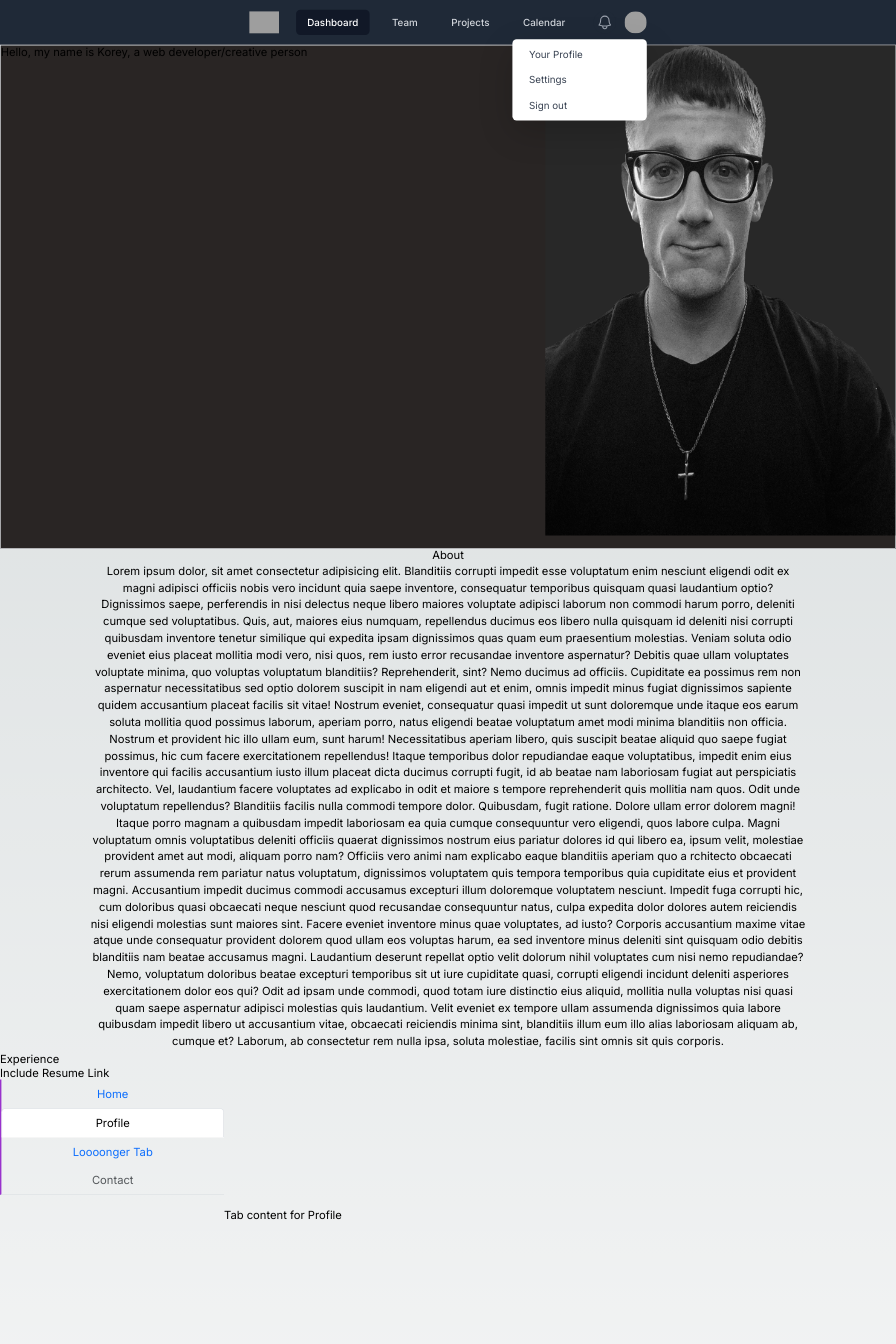
Repository: devkthines/next-portfolio-v2
Page: /
The author's editor kept a copy of each file at every save. The page is drawn from the files as they stood at one save, then again after the next save.
The browser window is 1280 px wide. The pictures show the part of the page from y = 0 to 1920 px (the page is 2944 px tall), at 70% of full size.
Pictures or frames that could not be fetched are drawn as grey boxes. The project was rebuilt for these pictures with package versions that can differ from the ones it lists, and the page was loaded fresh each time. The framework's server and built-in components were replaced by stand-ins that run in the browser. Also part of the build but not shown: next.config.js.

Above is the page before, as saved 2023-09-10 20:55:53.

### src/app/layout.tsx
import 'bootstrap/dist/css/bootstrap.css';
import './globals.css'
import '../../css/style.css'
import type { Metadata } from 'next'
import { Inter } from 'next/font/google'

// Put any other imports below so that CSS from your
// components takes precedence over default styles.
const inter = Inter({ subsets: ['latin'] })

export const metadata: Metadata = {
  title: 'Create Next App',
  description: 'Generated by create next app',
}

export default function RootLayout({
  children,
}: {
  children: React.ReactNode
}) {
  return (
    <html lang="en">
      <body className={inter.className}>{children}</body>
    </html>
  )
}

### src/app/page.tsx
'use client'

import Image from 'next/image'
import Header from './components/header.js'
import uglyMe from '../../images/41AE497E-8D5A-46DE-8679-1C35226F5747.jpg'
import ProjectModal from './components/modal.js'
import Tab from 'react-bootstrap/Tab';
import Tabs from 'react-bootstrap/Tabs';
export default function Home() {
  return (
    <main className="flex flex-col">
      <Header></Header>
      <div className='infoSection bg-stone-800 border border-indigo-600 bg-no-repeat flex flex-row justify-between'>
        <div>
          <h1>Hello, my name is Korey, a web developer/creative person</h1>
        </div>
        <Image id='portrait' src={uglyMe} alt="" className='w-48' />
      </div>
      <div id='about'>

        <div className="aboutSection text-center m-auto">
          <div> <h1>About </h1>
            <p>Lorem ipsum dolor, sit amet consectetur adipisicing elit. Blanditiis corrupti impedit esse voluptatum enim
              nesciunt
              eligendi odit ex magni adipisci officiis nobis vero incidunt quia saepe inventore, consequatur
              temporibus quisquam quasi laudantium optio? Dignissimos saepe, perferendis in nisi delectus neque libero maiores
              voluptate adipisci laborum non commodi harum porro, deleniti cumque sed voluptatibus. Quis,
              aut, maiores eius numquam, repellendus ducimus eos libero nulla quisquam id deleniti nisi corrupti quibusdam
              inventore tenetur similique qui expedita ipsam dignissimos
              quas quam eum praesentium molestias. Veniam soluta odio eveniet eius placeat mollitia modi vero, nisi quos,
              rem iusto error recusandae inventore aspernatur? Debitis quae ullam voluptates voluptate minima, quo voluptas
              voluptatum blanditiis? Reprehenderit, sint? Nemo ducimus ad officiis. Cupiditate ea possimus rem non aspernatur
              necessitatibus sed
              optio dolorem suscipit in nam eligendi aut et enim, omnis impedit
              minus fugiat dignissimos sapiente quidem accusantium placeat facilis
              sit vitae! Nostrum eveniet, consequatur quasi impedit ut sunt doloremque unde itaque eos earum soluta mollitia quod
              possimus laborum, aperiam porro, natus eligendi beatae voluptatum amet modi minima blanditiis non officia. Nostrum et
              provident hic illo ullam eum, sunt harum! Necessitatibus aperiam libero, quis suscipit beatae aliquid quo saepe
              fugiat possimus, hic cum facere exercitationem repellendus! Itaque temporibus dolor repudiandae eaque voluptatibus,
              impedit enim eius inventore qui facilis accusantium iusto illum placeat dicta ducimus corrupti fugit, id ab beatae
              nam laboriosam fugiat aut perspiciatis architecto. Vel, laudantium facere voluptates ad explicabo in odit et maiore
              s tempore reprehenderit quis mollitia nam quos. Odit unde voluptatum repellendus? Blanditiis facilis nulla commodi
              tempore dolor. Quibusdam, fugit ratione. Dolore ullam error dolorem magni! Itaque porro magnam a quibusdam impedit
              laboriosam ea quia cumque consequuntur vero eligendi, quos labore culpa. Magni voluptatum omnis voluptatibus
              deleniti officiis quaerat dignissimos nostrum eius pariatur dolores id qui libero ea, ipsum velit, molestiae
              provident amet aut modi, aliquam porro nam? Officiis vero animi nam explicabo eaque blanditiis aperiam quo a
              rchitecto obcaecati rerum assumenda rem pariatur natus voluptatum, dignissimos voluptatem quis tempora temporibus
              quia cupiditate eius et provident magni. Accusantium impedit ducimus commodi accusamus excepturi illum
              doloremque voluptatem nesciunt. Impedit fuga corrupti hic, cum doloribus quasi obcaecati neque nesciunt
              quod recusandae consequuntur natus, culpa expedita dolor dolores autem reiciendis nisi eligendi molestias
              sunt maiores sint. Facere eveniet inventore minus quae voluptates, ad iusto? Corporis accusantium maxime
              vitae atque unde consequatur provident dolorem quod ullam eos voluptas harum, ea sed inventore minus deleniti
              sint quisquam odio debitis blanditiis nam beatae accusamus magni. Laudantium deserunt repellat optio
              velit dolorum nihil voluptates cum nisi nemo repudiandae? Nemo, voluptatum doloribus beatae excepturi
              temporibus sit ut iure cupiditate quasi, corrupti eligendi incidunt deleniti asperiores exercitationem
              dolor eos qui? Odit ad ipsam unde commodi, quod totam iure distinctio eius aliquid, mollitia nulla voluptas
              nisi quasi quam saepe aspernatur adipisci molestias quis laudantium. Velit eveniet ex tempore ullam assumenda
              dignissimos quia labore quibusdam
              impedit libero ut accusantium vitae, obcaecati reiciendis minima sint, blanditiis illum eum illo alias
              laboriosam aliquam ab, cumque et? Laborum, ab consectetur rem nulla ipsa, soluta molestiae, facilis sint
              omnis sit quis corporis.</p></div></div>
        <div className="infoSection">
          <h1>Experience</h1> <h2>Include Resume Link</h2>
          <div className='experience'>
            {/* <h1>Timeline Here</h1> */}
            <Tabs
              defaultActiveKey="profile"
              id="justify-tab-example"
              className="mb-3 flex flex-column"
              justify
            >
              <Tab eventKey="home" title="Home">
                <div>hi</div>
                Tab content for Home
              </Tab>
              <Tab eventKey="profile" title="Profile">
                Tab content for Profile
              </Tab>
              <Tab eventKey="longer-tab" title="Loooonger Tab">
                Tab content for Loooonger Tab
              </Tab>
              <Tab eventKey="contact" title="Contact" disabled>
                Tab content for Contact
              </Tab>
            </Tabs>
          </div>
        </div>
      </div>
      <div className="infoSection"><h1>Project tiles</h1>
        <ProjectModal></ProjectModal>
      </div>
    </main>
  )
}

### css/style.css
*{
    box-sizing: border-box;
    margin: 0;
    padding: 0;
}
.infoSection{
    width: 100vw;
    height: 100vh;
}
.aboutSection{
    width: 80vw;
    height: 100vh;
}
#portrait{
    width: 500px;
    height: 700px;
}
.imgTest{
    margin: 10px;
}
.imgTest:active{
    flex-grow:10000;
    transform:scale(1);

    max-width:600px;
    margin:0px;
    border-radius:40px;

    background-size:auto 100%;
}
.mb-3.flex.flex-column.nav.nav-tabs.nav-justified{
height: 100%;
width: 25%;
border-left: 2px solid  darkorchid!important;
}
.tab-content{
    height: 100%!important;
    margin-left: 25%!important;
}

### src/app/components/header.js


export default function Header(){

    return(
        <nav className="bg-gray-800">
  <div className="mx-auto max-w-max px-2 sm:px-6 lg:px-8">
    <div className="relative flex h-16 items-center justify-between">
      <div className="absolute inset-y-0 left-0 flex items-center sm:hidden">
        {/* <!-- Mobile menu button--> */}
        <button type="button" className="relative inline-flex items-center justify-center rounded-md p-2 text-gray-400 hover:bg-gray-700 hover:text-white focus:outline-none focus:ring-2 focus:ring-inset focus:ring-white" aria-controls="mobile-menu" aria-expanded="false">
          <span className="absolute -inset-0.5"></span>
          <span className="sr-only">Open main menu</span>
          {/* <!--
            Icon when menu is closed.

            Menu open: "hidden", Menu closed: "block"
          --> */}
          <svg className="block h-6 w-6" fill="none" viewBox="0 0 24 24" stroke-width="1.5" stroke="currentColor" aria-hidden="true">
            <path stroke-linecap="round" stroke-linejoin="round" d="M3.75 6.75h16.5M3.75 12h16.5m-16.5 5.25h16.5" />
          </svg>
          {/* <!--
            Icon when menu is open.

            Menu open: "block", Menu closed: "hidden"
          --> */}
          <svg className="hidden h-6 w-6" fill="none" viewBox="0 0 24 24" stroke-width="1.5" stroke="currentColor" aria-hidden="true">
            <path stroke-linecap="round" stroke-linejoin="round" d="M6 18L18 6M6 6l12 12" />
          </svg>
        </button>
      </div>
      <div className="flex flex-1 items-center justify-center sm:items-stretch sm:justify-start">
        <div className="flex flex-shrink-0 items-center">
          <img className="h-8 w-auto" src="https://tailwindui.com/img/logos/mark.svg?color=indigo&shade=500" alt="Your Company"/>
        </div>
        <div className="hidden sm:ml-6 sm:block">
          <div className="flex space-x-4">
            {/* <!-- Current: "bg-gray-900 text-white", Default: "text-gray-300 hover:bg-gray-700 hover:text-white" --> */}
            <a href="#" className="bg-gray-900 text-white rounded-md px-3 py-2 text-sm font-medium" aria-current="page">Dashboard</a>
            <a href="#" className="text-gray-300 hover:bg-gray-700 hover:text-white rounded-md px-3 py-2 text-sm font-medium">Team</a>
            <a href="#" className="text-gray-300 hover:bg-gray-700 hover:text-white rounded-md px-3 py-2 text-sm font-medium">Projects</a>
            <a href="#" className="text-gray-300 hover:bg-gray-700 hover:text-white rounded-md px-3 py-2 text-sm font-medium">Calendar</a>
          </div>
        </div>
      </div>
      <div className="absolute inset-y-0 right-0 flex items-center pr-2 sm:static sm:inset-auto sm:ml-6 sm:pr-0">
        <button type="button" className="relative rounded-full bg-gray-800 p-1 text-gray-400 hover:text-white focus:outline-none focus:ring-2 focus:ring-white focus:ring-offset-2 focus:ring-offset-gray-800">
          <span className="absolute -inset-1.5"></span>
          <span className="sr-only">View notifications</span>
          <svg className="h-6 w-6" fill="none" viewBox="0 0 24 24" stroke-width="1.5" stroke="currentColor" aria-hidden="true">
            <path stroke-linecap="round" stroke-linejoin="round" d="M14.857 17.082a23.848 23.848 0 005.454-1.31A8.967 8.967 0 0118 9.75v-.7V9A6 6 0 006 9v.75a8.967 8.967 0 01-2.312 6.022c1.733.64 3.56 1.085 5.455 1.31m5.714 0a24.255 24.255 0 01-5.714 0m5.714 0a3 3 0 11-5.714 0" />
          </svg>
        </button>

        {/* <!-- Profile dropdown --> */}
        <div className="relative ml-3">
          <div>
            <button type="button" className="relative flex rounded-full bg-gray-800 text-sm focus:outline-none focus:ring-2 focus:ring-white focus:ring-offset-2 focus:ring-offset-gray-800" id="user-menu-button" aria-expanded="false" aria-haspopup="true">
              <span className="absolute -inset-1.5"></span>
              <span className="sr-only">Open user menu</span>
              <img className="h-8 w-8 rounded-full" src="https://images.unsplash.com/photo-1472099645785-5658abf4ff4e?ixlib=rb-1.2.1&ixid=eyJhcHBfaWQiOjEyMDd9&auto=format&fit=facearea&facepad=2&w=256&h=256&q=80" alt=""/>
            </button>
          </div>

          {/* <!--
            Dropdown menu, show/hide based on menu state.

            Entering: "transition ease-out duration-100"
              From: "transform opacity-0 scale-95"
              To: "transform opacity-100 scale-100"
            Leaving: "transition ease-in duration-75"
              From: "transform opacity-100 scale-100"
              To: "transform opacity-0 scale-95"
          --> */}
          <div className="absolute right-0 z-10 mt-2 w-48 origin-top-right rounded-md bg-white py-1 shadow-lg ring-1 ring-black ring-opacity-5 focus:outline-none" role="menu" aria-orientation="vertical" aria-labelledby="user-menu-button" tabindex="-1">
            {/* <!-- Active: "bg-gray-100", Not Active: "" --> */}
            <a href="#" className="block px-4 py-2 text-sm text-gray-700" role="menuitem" tabindex="-1" id="user-menu-item-0">Your Profile</a>
            <a href="#" className="block px-4 py-2 text-sm text-gray-700" role="menuitem" tabindex="-1" id="user-menu-item-1">Settings</a>
            <a href="#" className="block px-4 py-2 text-sm text-gray-700" role="menuitem" tabindex="-1" id="user-menu-item-2">Sign out</a>
          </div>
        </div>
      </div>
    </div>
  </div>

  {/* <!-- Mobile menu, show/hide based on menu state. --> */}
  <div className="sm:hidden" id="mobile-menu">
    <div className="space-y-1 px-2 pb-3 pt-2">
      {/* <!-- Current: "bg-gray-900 text-white", Default: "text-gray-300 hover:bg-gray-700 hover:text-white" --> */}
      <a href="#" className="bg-gray-900 text-white block rounded-md px-3 py-2 text-base font-medium" aria-current="page">Dashboard</a>
      <a href="#" className="text-gray-300 hover:bg-gray-700 hover:text-white block rounded-md px-3 py-2 text-base font-medium">Team</a>
      <a href="#" className="text-gray-300 hover:bg-gray-700 hover:text-white block rounded-md px-3 py-2 text-base font-medium">Projects</a>
      <a href="#" className="text-gray-300 hover:bg-gray-700 hover:text-white block rounded-md px-3 py-2 text-base font-medium">Calendar</a>
    </div>
  </div>
</nav>

    )
}

### src/app/components/modal.js
'use client'
import Card from 'react-bootstrap/Card';
import Modal from 'react-bootstrap/Modal';
import Image from 'next/image';
import { AiFillCloseCircle } from 'react-icons/ai';
import { AiOutlineCloseCircle } from 'react-icons/ai';
import { useState } from 'react';

export default function ProjectModal() {
    const [button, setButton] = useState(<AiFillCloseCircle></AiFillCloseCircle>)
    return (
        <>
            <div>
                <button
                    onMouseEnter={() => setButton(<AiOutlineCloseCircle></AiOutlineCloseCircle>)}
                    onMouseLeave={() => setButton(<AiFillCloseCircle></AiFillCloseCircle>)}
                >
                    {button}
                </button>
                <div>
                    <img src="" alt="" />

                </div>



            </div>

            <div className='flex flex-row'>
                <button className='imgTest'><Image width={300} height={300} src='/images/image_67198465.JPG' alt='' /></button>
                <button className='imgTest'><Image width={300} height={300} src='/images/image_67198465.JPG' alt='' /></button>
                <button className='imgTest'><Image width={300} height={300} src='/images/image_67198465.JPG' alt='' /></button>
                <button className='imgTest'><Image width={300} height={300} src='/images/image_67198465.JPG' alt='' /></button>
            </div>
        </>
    )
}

Loaded but not shown: src/app/globals.css (common file); tailwind.config.ts (common file)

After the next save:
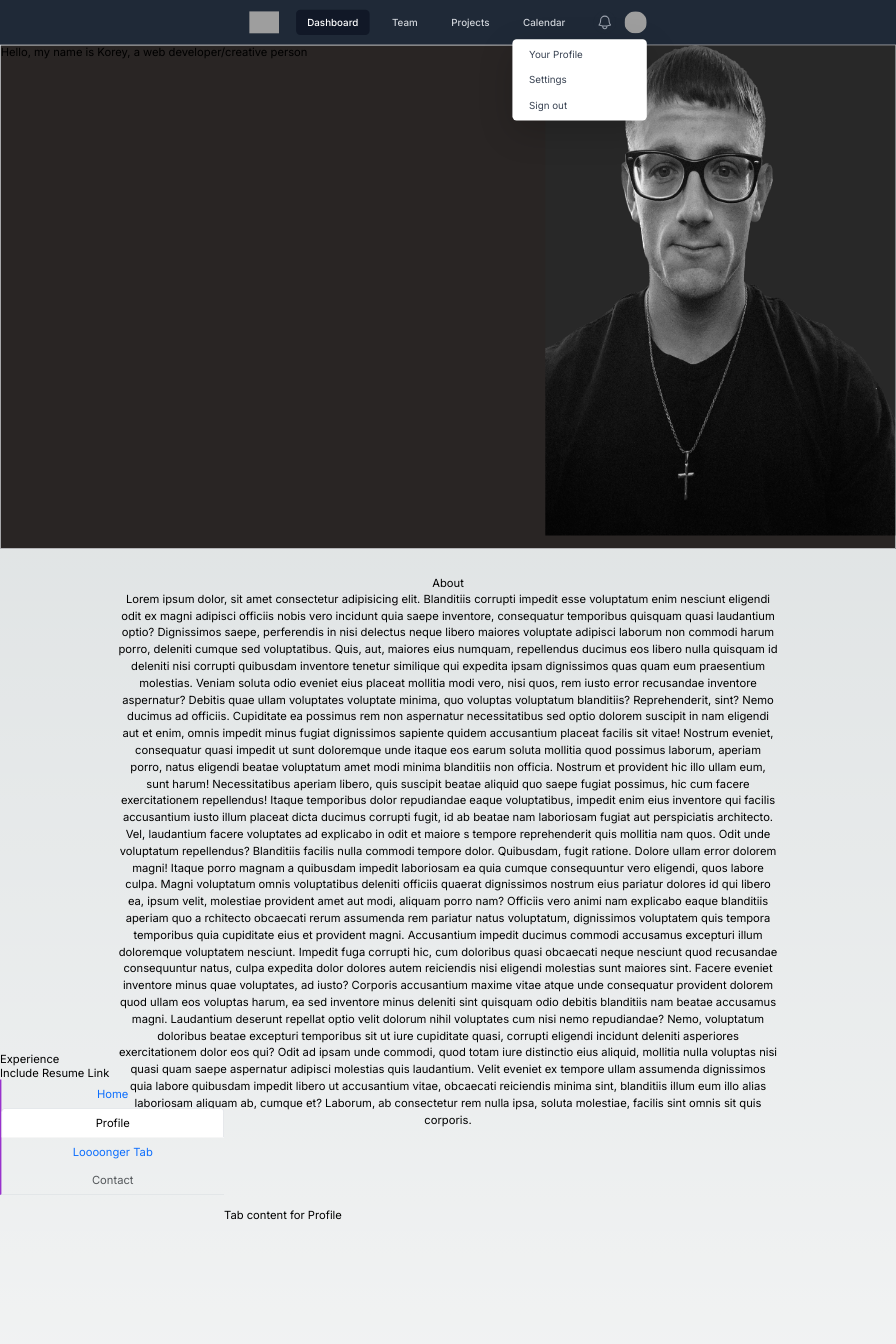
Saved 30 s later.
--- a/src/app/page.tsx
+++ b/src/app/page.tsx
@@ -18,7 +18,7 @@ export default function Home() {
       </div>
       <div id='about'>
 
-        <div className="aboutSection text-center m-auto">
+        <div className="aboutSection text-center m-auto p-10">
           <div> <h1>About </h1>
             <p>Lorem ipsum dolor, sit amet consectetur adipisicing elit. Blanditiis corrupti impedit esse voluptatum enim
               nesciunt
